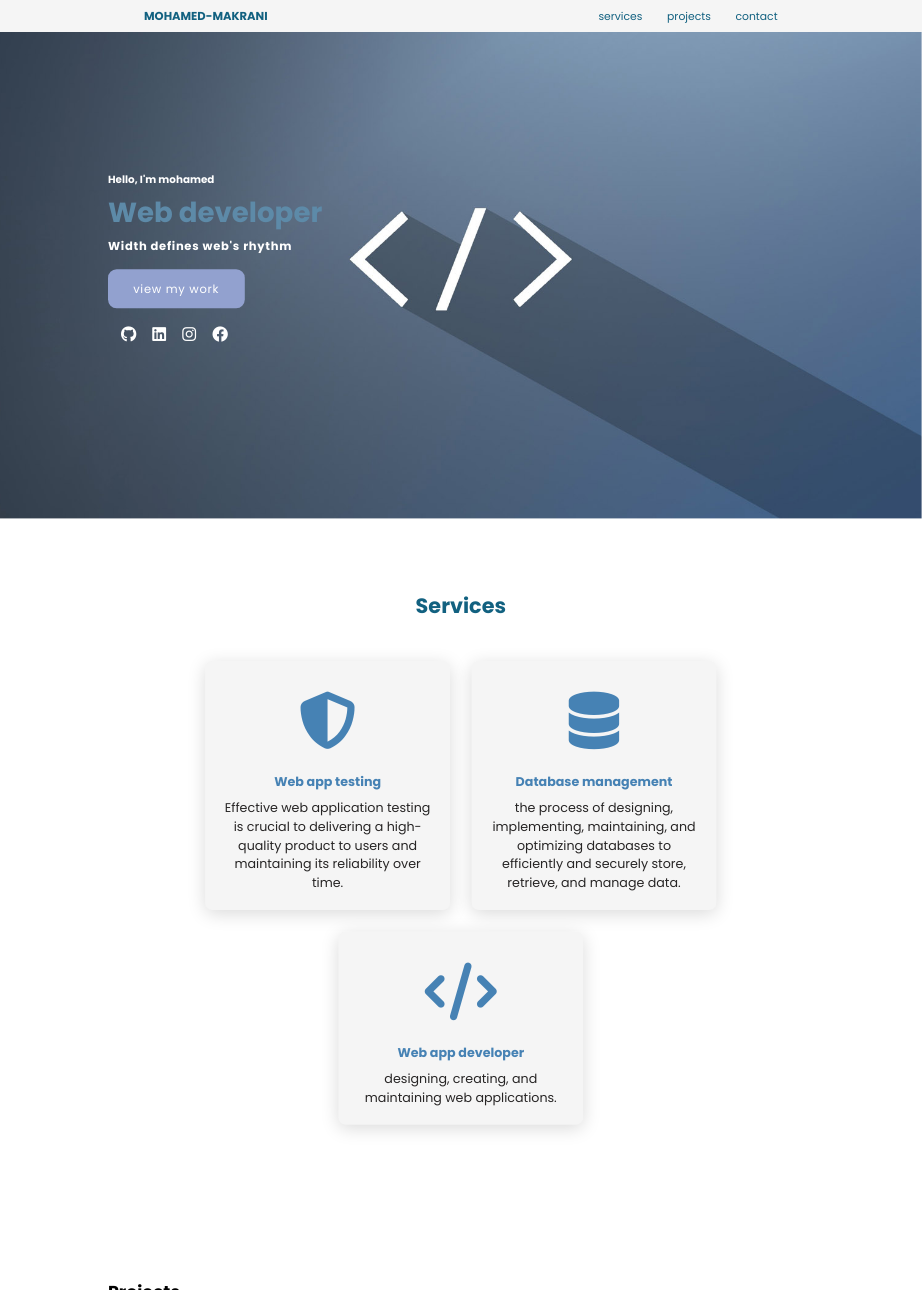
Repository: mohamed-makrani/Portfolio
Page: indixe.html
These files come from the project's save history. The page is drawn as it stood at one moment and after the next save; the edit follows.
The browser window is 1280 px wide. The pictures show the part of the page from y = 0 to 1792 px (the page is 2369 px tall before and 2417 px after), at 72% of full size.
A picture or video elsewhere on the page could not be fetched, so the positions and the page height are approximate. Backgrounds fixed to the window are drawn as part of the page.

Above is the page before, as saved 2023-09-16 23:13:52.

After the next save:
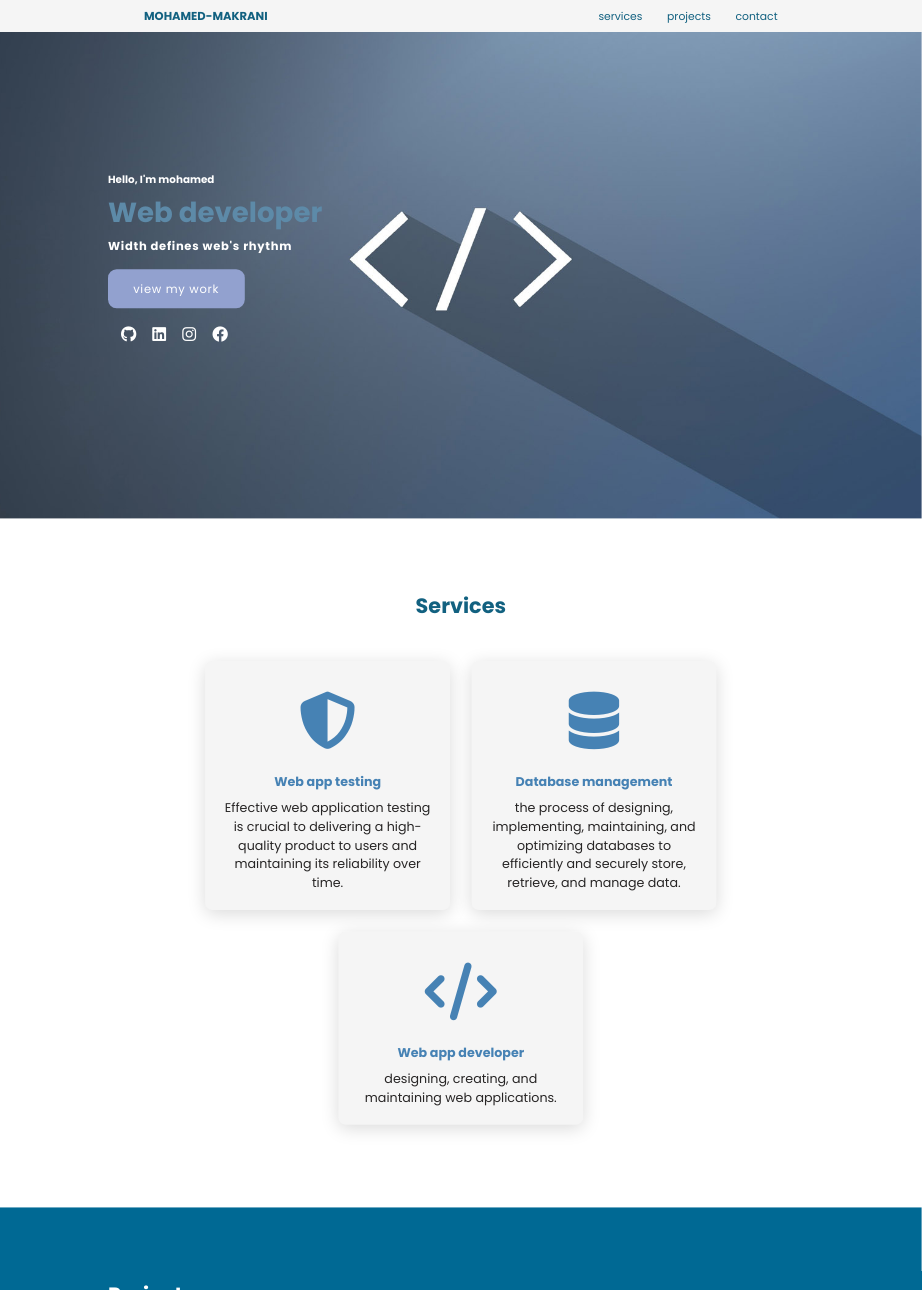
Saved 4 s later.
--- a/indixe.html
+++ b/indixe.html
@@ -60,8 +60,8 @@
 
         </div>
     </section>
-        <section class="project" id="projects">
-            <h2 class="project-title">Projects</h2>
+        <section class="Projects" id="projects">
+            <h2 class="projec-title">Projects</h2>
             <div class="content">
                 <div class="project-card">
                     <div class="image">
